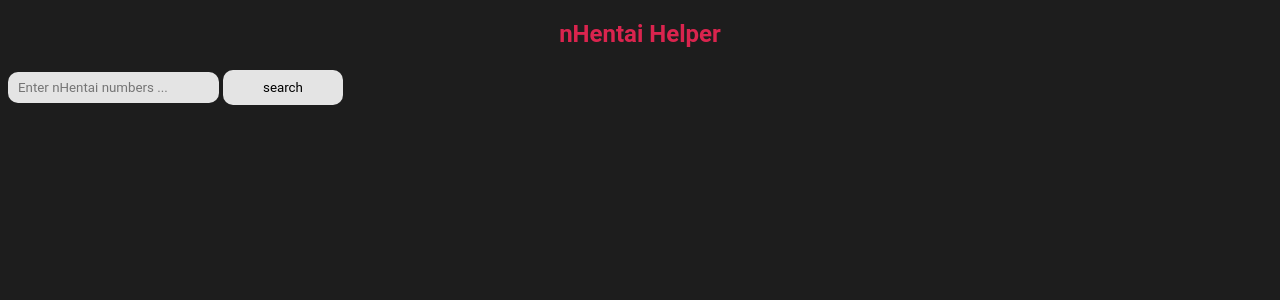
Repository: Lizadking/nHentai_Helper
Page: Mainpop.html
The author's editor kept a copy of each file at every save. The page is drawn from the files as they stood at one save, then again after a run of saves.
The browser window is 1280 px wide. The pictures show the whole page.

Above is the page before, as saved 2021-08-06 23:17:15.

### Mainpop.html
<!DOCTYPE html>
<!DOCTYPE html>
<html lang="en">
<head>
    <meta charset="UTF-8">
    <meta http-equiv="X-UA-Compatible" content="IE=edge">
    <meta name="viewport" content="width=device-width, initial-scale=1.0">
    <link rel="stylesheet" href="mainStylesheet.css">
    <title>nHentai Helper</title>
</head>
<body>
    <div class="container">
        <h2>
            nHentai Helper
        </h2>
        <form name = "nHentaiHelper">
            <input type = "text" id="tag" name = "ntag" placeholder="Enter nHentai numbers ...">

            <input type="submit" value="search", id = "submission">

        </form>
    </div>
    <!--enter script here-->
    <script src = "mainsrc.js"></script>
</body>
</html>

### mainStylesheet.css
h2
{
    color:#ed2553e8;
    text-align: center;
    font-family: 'Roboto', sans-serif;

}
body
{
    background-color: #1d1d1d;
}
[type=text]
{
    padding: 8px 10px;
    border: 0;
    background-color:rgb(228, 228, 228);
    font-family: 'Roboto', sans-serif;
    color:#535353e8;
    margin:4px 0;
    border-radius:10px;
}
#placeholder
{
    font-family: 'Roboto', sans-serif;
    color:rgb(228, 228, 228);
    border-radius:10px;

}
input[type=button],input[type=submit]
{
    padding: 10px 40px;
    border-radius:10px;
    border: 0;
    background-color: rgb(228, 228, 228);
    font-family: 'Roboto', sans-serif;
    text-align: center;
}

.submission
{
    text-align: center;
}

### mainsrc.js




/*
document.addEventListener('DOMContentLoaded', function () {
    var btn = document.getElementById('submit');

    btn.addEventListener('click', function()
    {
        let defaultUrl= "https://nhentai.net/g/"
        let from = document.forms.nHentaiHelper;
        let elm = from.elements.ntag;
        let strElm = String(elm.value);
        console.log(strElm);
        let finalUrl = defaultUrl+=strElm+"/";
        chrome.tabs.create({ url: finalUrl})

    });
}  );
*/

document.getElementById('submission').addEventListener('click',function()
    {
        let defaultUrl= "https://nhentai.net/g/"
        let from = document.forms.nHentaiHelper;
        let elm = from.elements.ntag;
        let strElm = String(elm.value);
        console.log(strElm);
        let finalUrl = defaultUrl+=strElm+"/";
        //may change this line below
        chrome.tabs.create({url:finalUrl});


    });

After the next 2 saves:
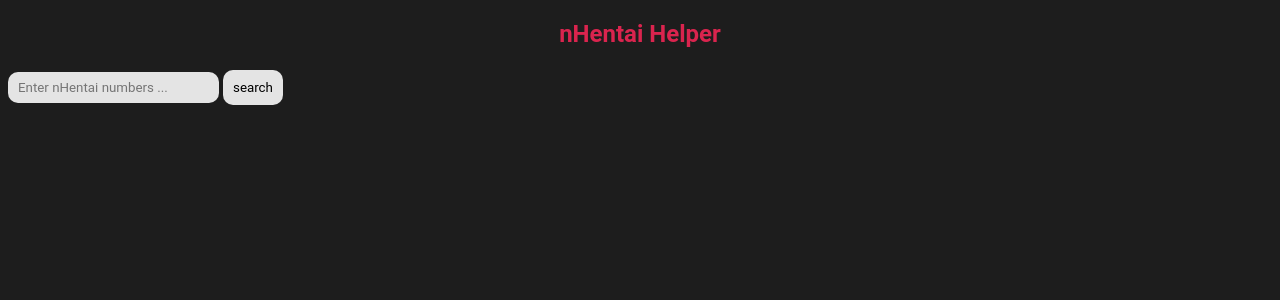
The 2 saves are shown as one change because they came seconds apart.
The last was saved 69 s later.
--- a/mainStylesheet.css
+++ b/mainStylesheet.css
@@ -28,7 +28,8 @@
 }
 input[type=button],input[type=submit]
 {
-    padding: 10px 40px;
+    padding: 10px;
+    width: 100;
     border-radius:10px;
     border: 0;
     background-color: rgb(228, 228, 228);
